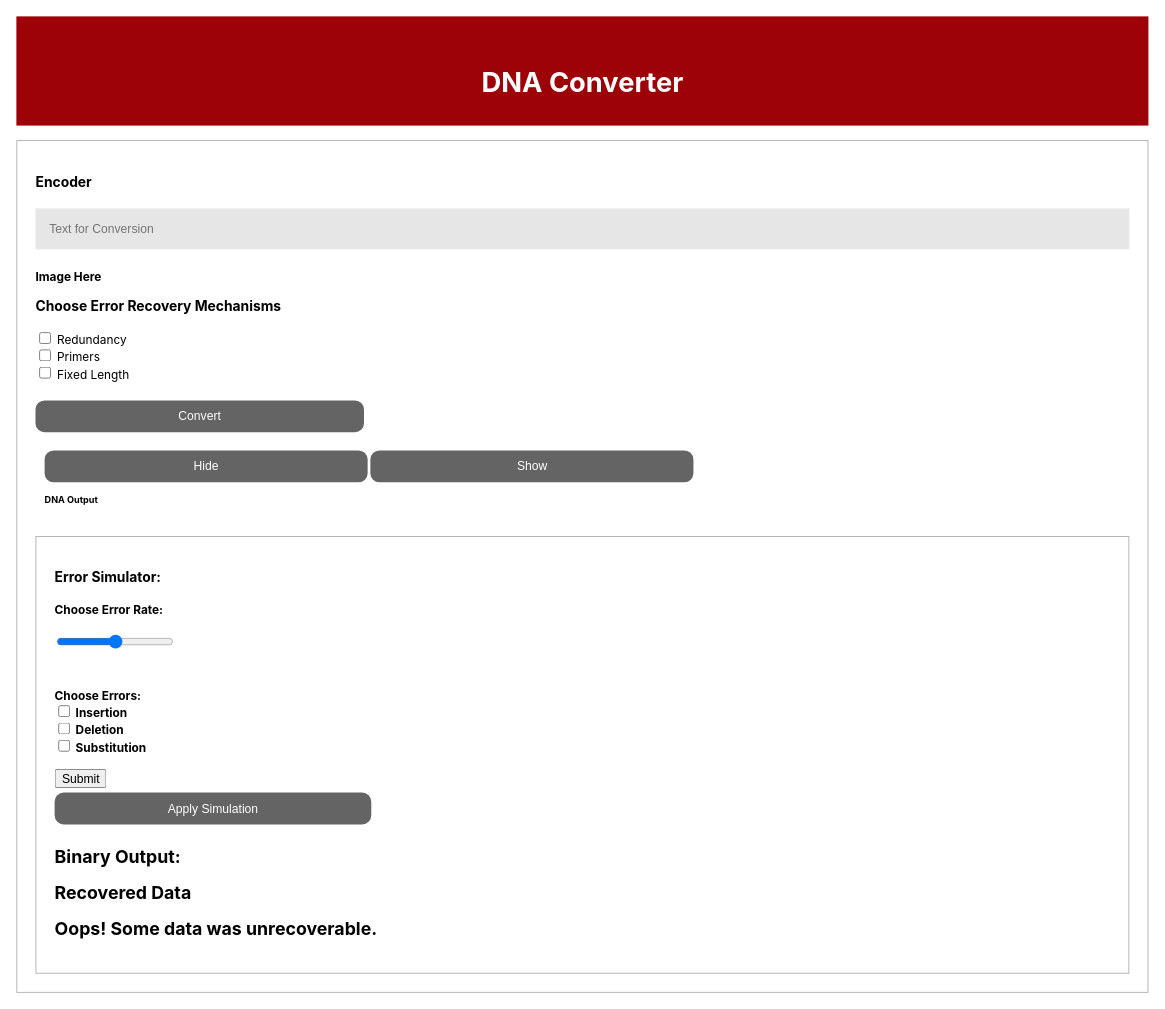
Repository: komalharjani/MSc-Thesis-DNA-Storage
Page: index.html
The author's editor kept a copy of each file at every save. The page is drawn from the files as they stood at one save, then again after the next save.
The browser window is 1280 px wide. The pictures show the whole page, at 91% of full size.

Above is the page before, as saved 2020-08-16 22:30:17.

After the next save:
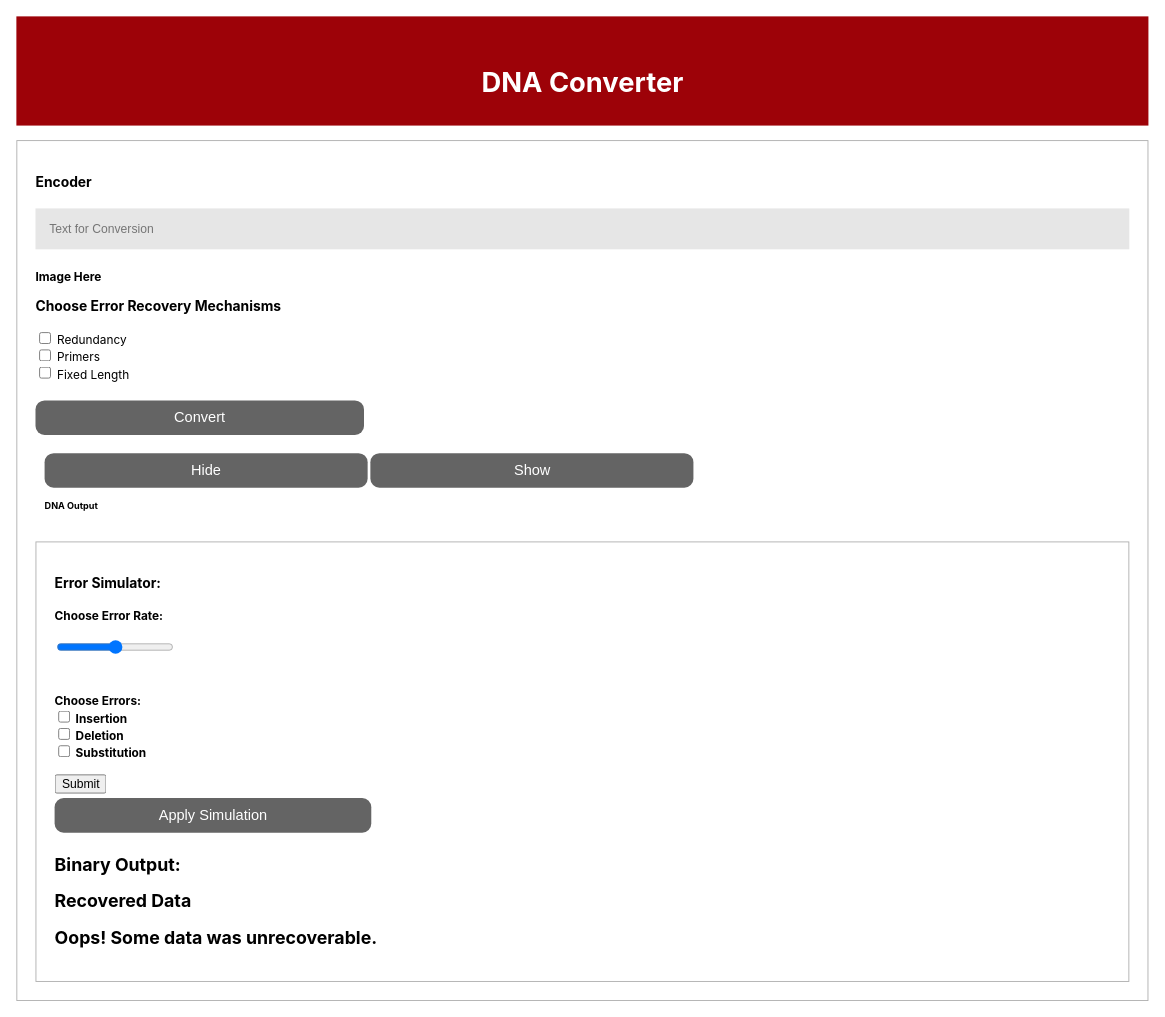
Saved 32 s later.
--- a/index.css
+++ b/index.css
@@ -124,6 +124,17 @@
   height: auto;
   font-size: 5pt;
   word-break:break-all;
+}
+
+button {
+  background-color: #4CAF50; /* Green */
+  border: none;
+  color: white;
+  padding: 15px 32px;
+  text-align: center;
+  text-decoration: none;
+  display: inline-block;
+  font-size: 16px;
 }
 
 /* Set a style for all buttons */

After the 2 saves that followed:
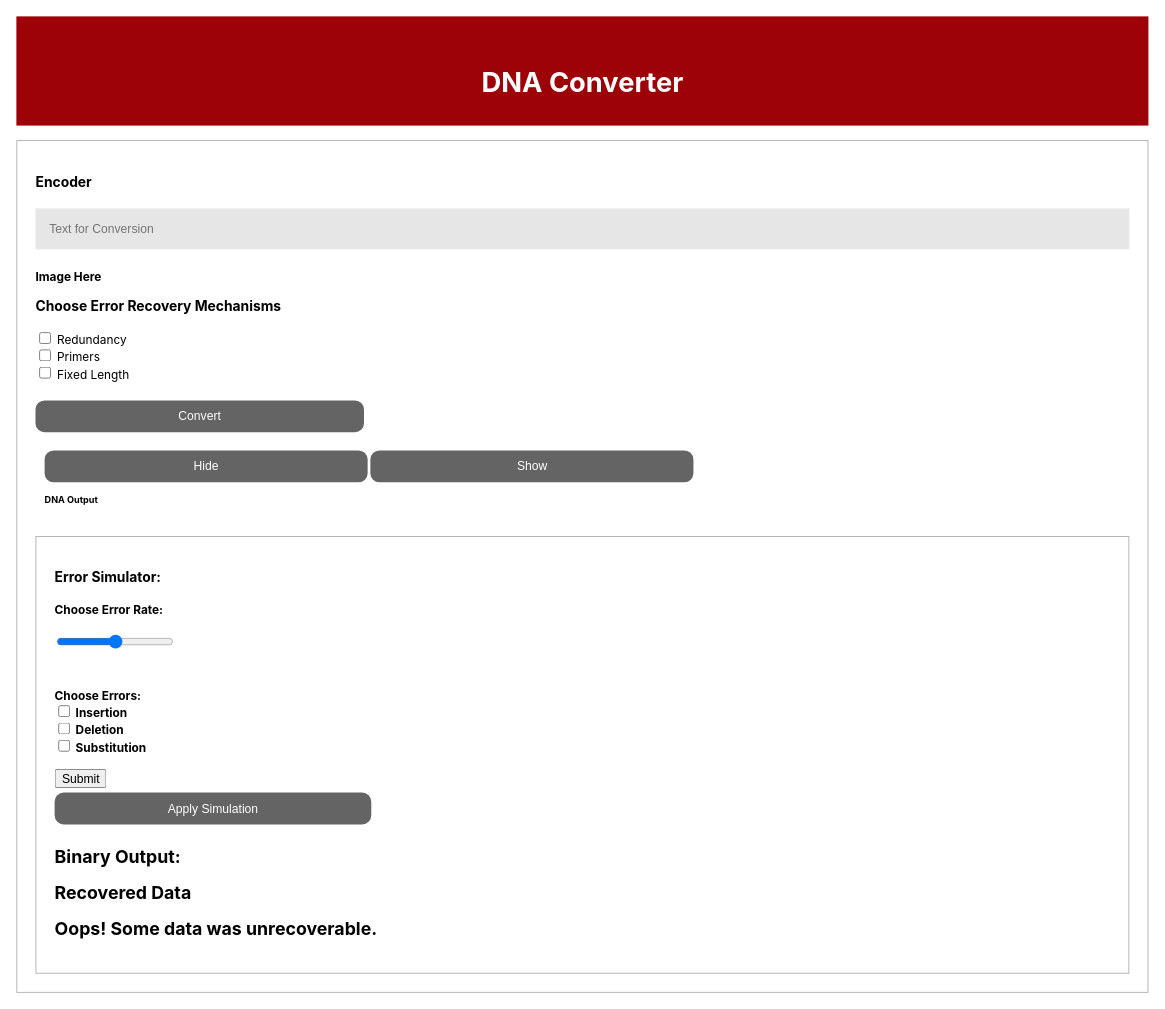
The 2 saves are shown as one change because they came seconds apart.
The last was saved 9 s later.
--- a/index.css
+++ b/index.css
@@ -126,7 +126,7 @@
   word-break:break-all;
 }
 
-button {
+.button {
   background-color: #4CAF50; /* Green */
   border: none;
   color: white;
